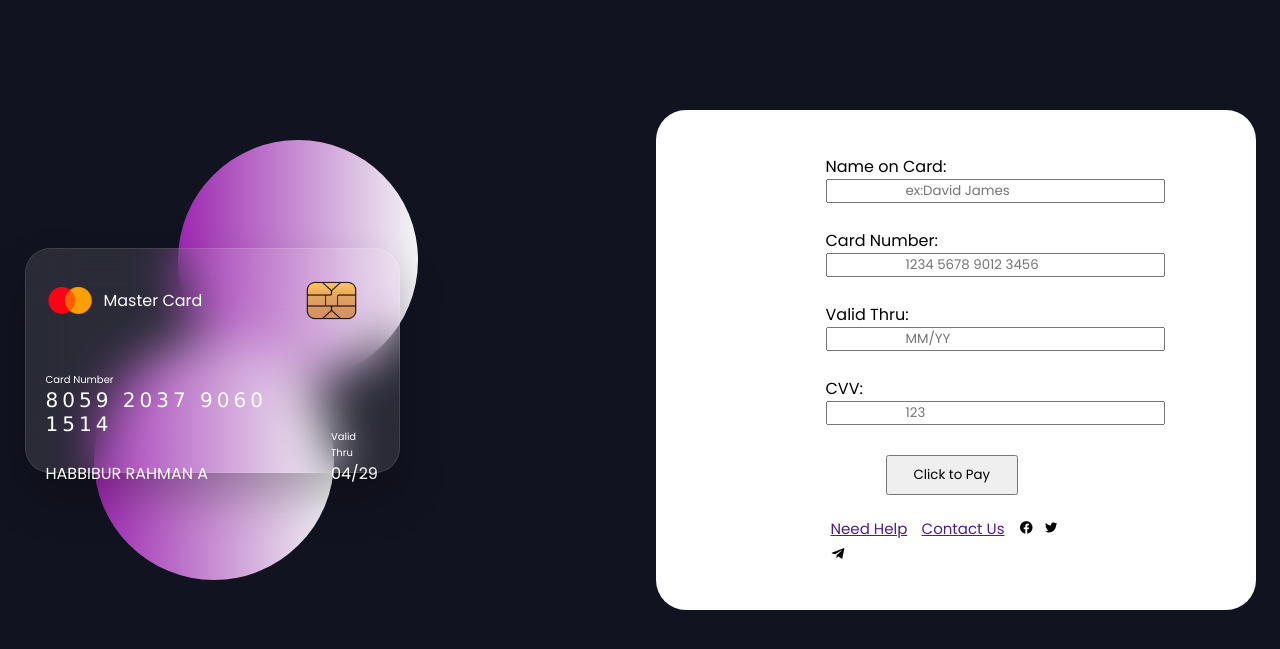
Repository: Habeebur1493/-002-Prompt
Page: index.html
The author's editor kept a copy of each file at every save. The page is drawn from the files as they stood at one save, then again after the next save.
The browser window is 1280 px wide. The pictures show the whole page.

Above is the page before, as saved 2024-09-11 01:40:09.

After the next save:
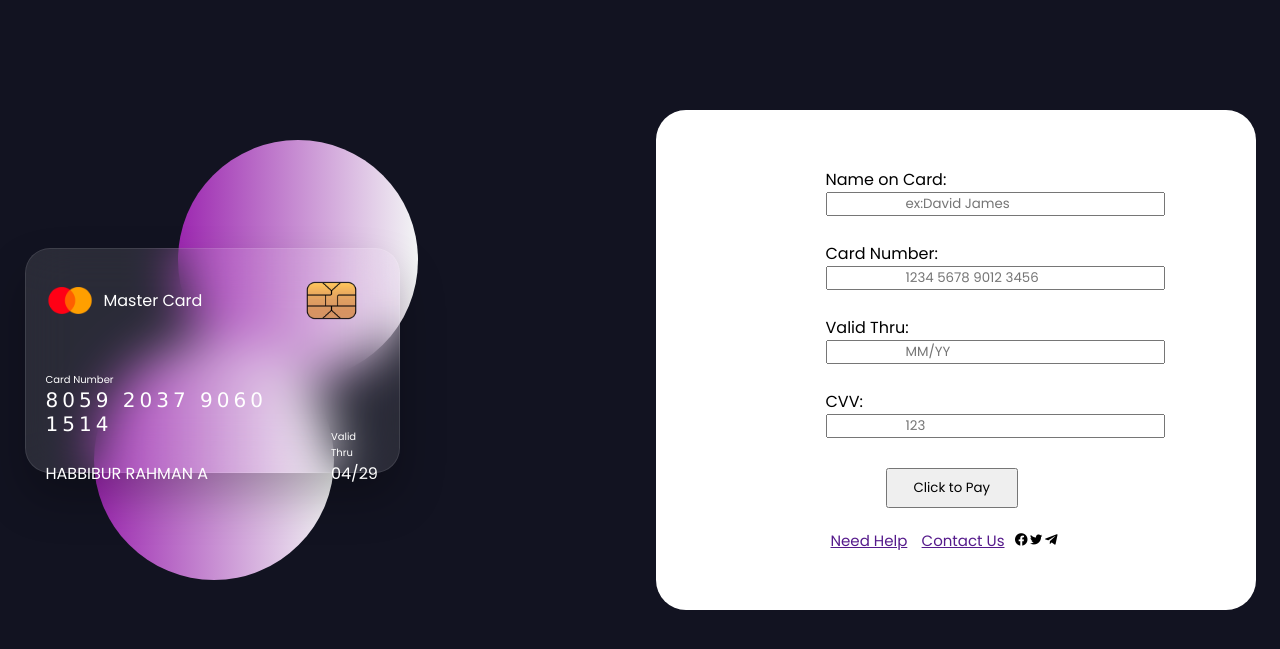
Saved 5 s later.
--- a/style.css
+++ b/style.css
@@ -203,6 +203,5 @@
 }
 .data i{
     font-size: 15px;
-    padding: 5px;
-
-}
+
+}
